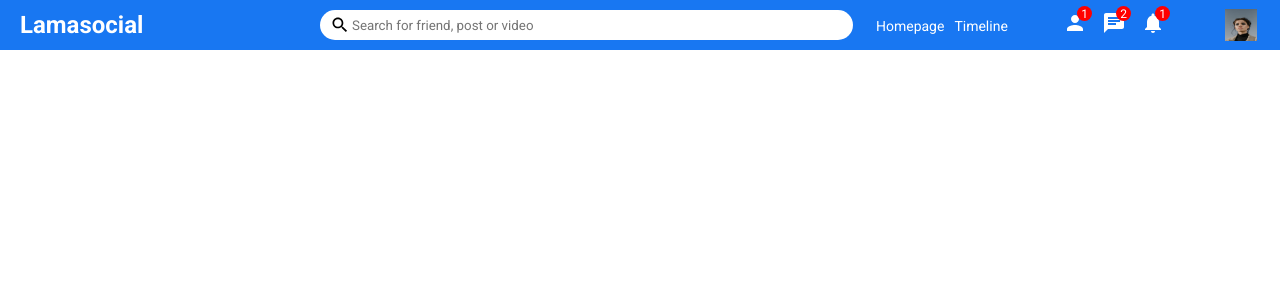
Repository: nazlinres01/react-social
Page: / (app in client/)
The author's editor kept a copy of each file at every save. The page is drawn from the files as they stood at one save, then again after the next save.
The browser window is 1280 px wide. The pictures show the whole page.
The project was rebuilt for these pictures with package versions that can differ from the ones it lists, and the page was loaded fresh each time.

Above is the page before, as saved 2024-06-07 22:07:54.

After the next save:
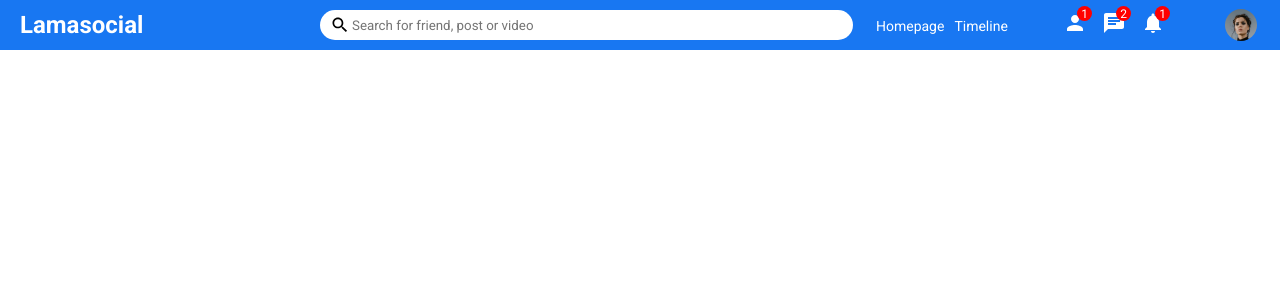
Saved 61 s later.
--- a/client/src/components/topbar/topbar.css
+++ b/client/src/components/topbar/topbar.css
@@ -90,4 +90,6 @@
 .topbarImg {
     width: 32px;
     height: 32px;
+    border-radius: 50%;
+    object-fit: cover;
 }
